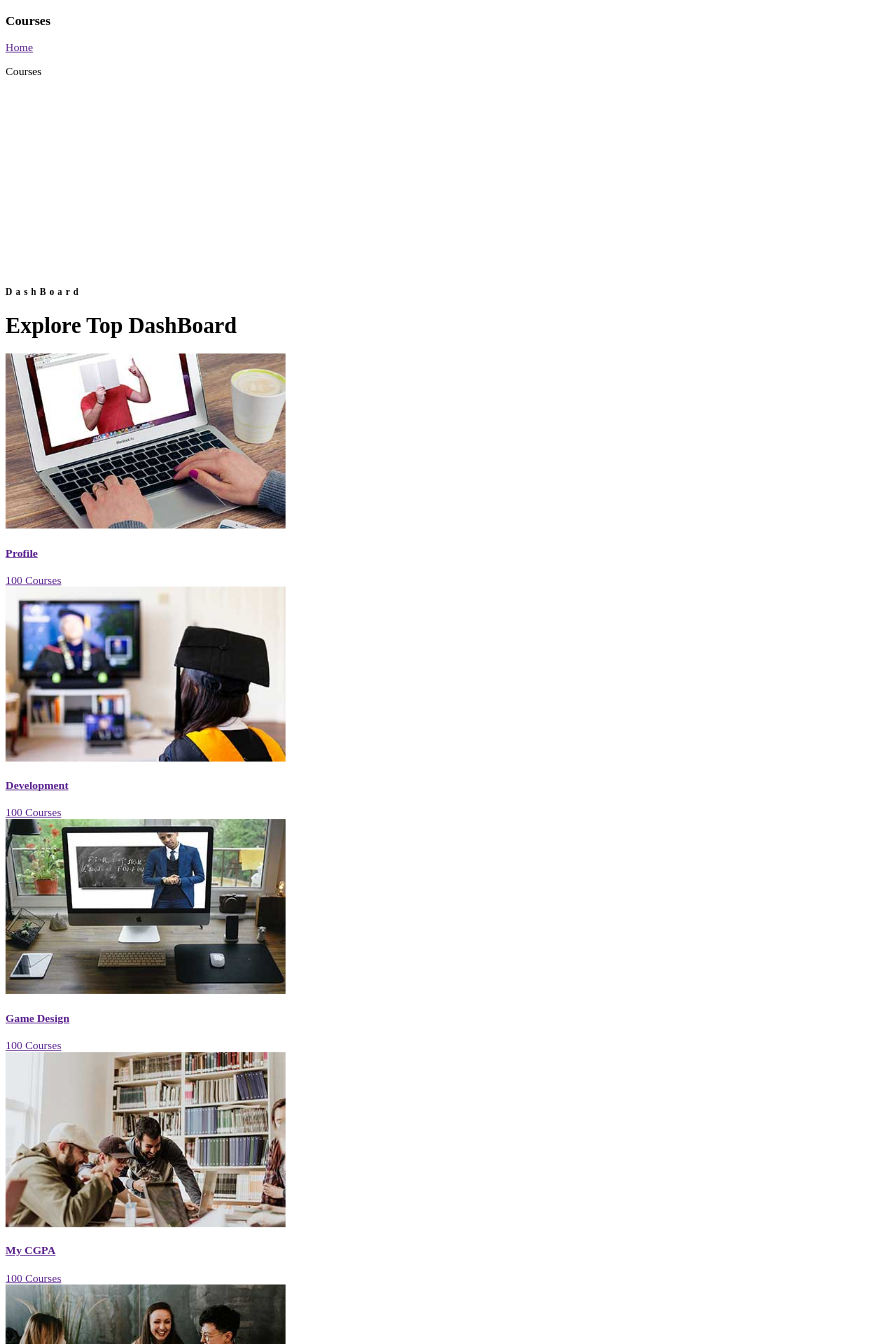
Repository: AlthafBasha-syed/JFSD-PROJECT
Page: http://localhost/GradeBook/studentfiles/course.jsp
These files come from the project's save history. The page is drawn as it stood at one moment and after the next save; the edit follows.
The browser window is 1280 px wide. The pictures show the part of the page from y = 0 to 1920 px (the page is 7049 px tall before and 7365 px after), at 70% of full size.
The page is served by Tomcat 10. Other server files are loaded and not shown.

Above is the page before, as saved 2023-10-11 16:42:31.

### PROJECTWORKSPACE/GradeBook/src/main/webapp/studentfiles/course.jsp
<%@ page language="java" contentType="text/html; charset=UTF-8"
    pageEncoding="UTF-8"%>
<!DOCTYPE html>
<html>
<head>
<meta charset="UTF-8">
<title>Insert title here</title>
</head>
<body>



<!-- Header Start -->
    <div class="container-fluid page-header" style="margin-bottom: 90px;">
        <div class="container">
            <div class="d-flex flex-column justify-content-center" style="min-height: 300px">
                <h3 class="display-4 text-white text-uppercase">Courses</h3>
                <div class="d-inline-flex text-white">
                    <p class="m-0 text-uppercase"><a class="text-white" href="">Home</a></p>
                    <i class="fa fa-angle-double-right pt-1 px-3"></i>
                    <p class="m-0 text-uppercase">Courses</p>
                </div>
            </div>
        </div>
    </div>
    <!-- Header End -->


    <!-- Category Start -->
    <div class="container-fluid py-5">
        <div class="container pt-5 pb-3">
            <div class="text-center mb-5">
                <h5 class="text-primary text-uppercase mb-3" style="letter-spacing: 5px;">DashBoard</h5>
                <h1>Explore Top DashBoard</h1>
            </div>
            <div class="row">
                <div class="col-lg-3 col-md-6 mb-4">
                    <div class="cat-item position-relative overflow-hidden rounded mb-2">
                        <img class="img-fluid" src="img/cat-1.jpg" alt="">
                        <a class="cat-overlay text-white text-decoration-none" href="">
                            <h4 class="text-white font-weight-medium">Profile</h4>
                            <span>100 Courses</span>
                        </a>
                    </div>
                </div>
                <div class="col-lg-3 col-md-6 mb-4">
                    <div class="cat-item position-relative overflow-hidden rounded mb-2">
                        <img class="img-fluid" src="img/cat-2.jpg" alt="">
                        <a class="cat-overlay text-white text-decoration-none" href="">
                            <h4 class="text-white font-weight-medium">Development</h4>
                            <span>100 Courses</span>
                        </a>
                    </div>
                </div>
                <div class="col-lg-3 col-md-6 mb-4">
                    <div class="cat-item position-relative overflow-hidden rounded mb-2">
                        <img class="img-fluid" src="img/cat-3.jpg" alt="">
                        <a class="cat-overlay text-white text-decoration-none" href="">
                            <h4 class="text-white font-weight-medium">Game Design</h4>
                            <span>100 Courses</span>
                        </a>
                    </div>
                </div>
                <div class="col-lg-3 col-md-6 mb-4">
                    <div class="cat-item position-relative overflow-hidden rounded mb-2">
                        <img class="img-fluid" src="img/cat-4.jpg" alt="">
                        <a class="cat-overlay text-white text-decoration-none" href="">
                            <h4 class="text-white font-weight-medium">My CGPA</h4>
                            <span>100 Courses</span>
                        </a>
                    </div>
                </div>
                <div class="col-lg-3 col-md-6 mb-4">
                    <div class="cat-item position-relative overflow-hidden rounded mb-2">
                        <img class="img-fluid" src="img/cat-5.jpg" alt="">
                        <a class="cat-overlay text-white text-decoration-none" href="">
                            <h4 class="text-white font-weight-medium">Marketing</h4>
                            <span>100 Courses</span>
                        </a>
                    </div>
                </div>
                <div class="col-lg-3 col-md-6 mb-4">
                    <div class="cat-item position-relative overflow-hidden rounded mb-2">
                        <img class="img-fluid" src="img/cat-6.jpg" alt="">
                        <a class="cat-overlay text-white text-decoration-none" href="">
                            <h4 class="text-white font-weight-medium">Research</h4>
                            <span>100 Courses</span>
                        </a>
                    </div>
                </div>
                <div class="col-lg-3 col-md-6 mb-4">
                    <div class="cat-item position-relative overflow-hidden rounded mb-2">
                        <img class="img-fluid" src="img/cat-7.jpg" alt="">
                        <a class="cat-overlay text-white text-decoration-none" href="">
                            <h4 class="text-white font-weight-medium">Content Writing</h4>
                            <span>100 Courses</span>
                        </a>
                    </div>
                </div>
                <div class="col-lg-3 col-md-6 mb-4">
                    <div class="cat-item position-relative overflow-hidden rounded mb-2">
                        <img class="img-fluid" src="img/cat-8.jpg" alt="">
                        <a class="cat-overlay text-white text-decoration-none" href="">
                            <h4 class="text-white font-weight-medium">Settings</h4>
                            <span>100 Courses</span>
                        </a>
                    </div>
                </div>
            </div>
        </div>
    </div>
    <!-- Category Start -->


    <!-- Courses Start -->
    <div class="container-fluid py-5">
        <div class="container py-5">
            <div class="text-center mb-5">
                <h5 class="text-primary text-uppercase mb-3" style="letter-spacing: 5px;">Courses</h5>
                <h1>Our Popular Courses</h1>
            </div>
            <div class="row">
                <div class="col-lg-4 col-md-6 mb-4">
                    <div class="rounded overflow-hidden mb-2">
                        <img class="img-fluid" src="img/course-1.jpg" alt="">
                        <div class="bg-secondary p-4">
                            <div class="d-flex justify-content-between mb-3">
                                <small class="m-0"><i class="fa fa-users text-primary mr-2"></i>25 Students</small>
                                <small class="m-0"><i class="far fa-clock text-primary mr-2"></i>01h 30m</small>
                            </div>
                            <a class="h5" href="">C and Data Structures</a>
                            <div class="border-top mt-4 pt-4">
                                <div class="d-flex justify-content-between">
                                <!-- <h6 class="m-0"><i class="fa fa-star text-primary mr-2"></i><small></small></h6> -->
                                    <!-- <h5 class="m-0"></h5> -->
                                </div>
                            </div>
                        </div>
                    </div>
                </div>
                <div class="col-lg-4 col-md-6 mb-4">
                    <div class="rounded overflow-hidden mb-2" >
                        <img class="img-fluid" style="justify-content: center;" src="img/course-2.jpg" alt="">
                        <div class="bg-secondary p-4">
                            <div class="d-flex justify-content-between mb-3">
                                <small class="m-0"><i class="fa fa-users text-primary mr-2"></i>25 Students</small>
                                <small class="m-0"><i class="far fa-clock text-primary mr-2"></i>01h 30m</small>
                            </div>
                            <a class="h5" href="">DSA</a>
                            <div class="border-top mt-4 pt-4">
                                <div class="d-flex justify-content-between">
                                    <!-- <h6 class="m-0"><i class="fa fa-star text-primary mr-2"></i>4.5 <small>(250)</small></h6> -->
                                    <!-- <h5 class="m-0">$99</h5> -->
                                </div>
                            </div>
                        </div>
                    </div>
                </div>
                <div class="col-lg-4 col-md-6 mb-4">
                    <div class="rounded overflow-hidden mb-2">
                        <img class="img-fluid" src="img/course-3.jpg" alt="">
                        <div class="bg-secondary p-4">
                            <div class="d-flex justify-content-between mb-3">
                                <small class="m-0"><i class="fa fa-users text-primary mr-2"></i>25 Students</small>
                                <small class="m-0"><i class="far fa-clock text-primary mr-2"></i>01h 30m</small>
                            </div>
                            <a class="h5" href="">DBMS</a>
                            <div class="border-top mt-4 pt-4">
                                <div class="d-flex justify-content-between">
                                    <!-- <h6 class="m-0"><i class="fa fa-star text-primary mr-2"></i>4.5 <small>(250)</small></h6> -->
                                    <!-- <h5 class="m-0">$99</h5> -->
                                </div>
                            </div>
                        </div>
                    </div>
                </div>
                <div class="col-lg-4 col-md-6 mb-4">
                    <div class="rounded overflow-hidden mb-2">
                        <img class="img-fluid" src="img/course-4.jpg" alt="">
                        <div class="bg-secondary p-4">
                            <div class="d-flex justify-content-between mb-3">
                                <small class="m-0"><i class="fa fa-users text-primary mr-2"></i>25 Students</small>
                                <small class="m-0"><i class="far fa-clock text-primary mr-2"></i>01h 30m</small>
                            </div>
                            <a class="h5" href="">PFSD</a>
                            <div class="border-top mt-4 pt-4">
                                <div class="d-flex justify-content-between">
                                    <!-- <h6 class="m-0"><i class="fa fa-star text-primary mr-2"></i>4.5 <small>(250)</small></h6> -->
                                    <!-- <h5 class="m-0">$99</h5> -->
                                </div>
                            </div>
                        </div>
                    </div>
                </div>
                <div class="col-lg-4 col-md-6 mb-4">
                    <div class="rounded overflow-hidden mb-2">
                        <img class="img-fluid" src="img/course-5.jpg" alt="">
                        <div class="bg-secondary p-4">
                            <div class="d-flex justify-content-between mb-3">
                                <small class="m-0"><i class="fa fa-users text-primary mr-2"></i>25 Students</small>
                                <small class="m-0"><i class="far fa-clock text-primary mr-2"></i>01h 30m</small>
                            </div>
                            <a class="h5" href="">Enterprise Programming</a>
                            <div class="border-top mt-4 pt-4">
                                <div class="d-flex justify-content-between">
                                    <!-- <h6 class="m-0"><i class="fa fa-star text-primary mr-2"></i>4.5 <small>(250)</small></h6> -->
                                    <!-- <h5 class="m-0">$99</h5> -->
                                </div>
                            </div>
                        </div>
                    </div>
                </div>
                <div class="col-lg-4 col-md-6 mb-4">
                    <div class="rounded overflow-hidden mb-2">
                        <img class="img-fluid" src="img/course-6.jpg" alt="">
                        <div class="bg-secondary p-4">
                            <div class="d-flex justify-content-between mb-3">
                                <small class="m-0"><i class="fa fa-users text-primary mr-2"></i>25 Students</small>
                                <small class="m-0"><i class="far fa-clock text-primary mr-2"></i>01h 30m</small>
                            </div>
                            <a class="h5" href="">Java Full Stack Development</a>
                            <div class="border-top mt-4 pt-4">
                                <div class="d-flex justify-content-between">
                                    <!-- <h6 class="m-0"><i class="fa fa-star text-primary mr-2"></i>4.5 <small>(250)</small></h6> -->
                                    <!-- <h5 class="m-0">$99</h5> -->
                                </div>
                            </div>
                        </div>
                    </div>
                </div>
            </div>
        </div>
    </div>
    <!-- Courses End -->

</body>
</html>

### PROJECTWORKSPACE/GradeBook/src/main/webapp/studentfiles/nav.jsp
<%@ page language="java" contentType="text/html; charset=UTF-8"
    pageEncoding="UTF-8"%>
<!DOCTYPE html>
<html>
<head>
<meta charset="UTF-8">
<title>Insert title here</title>
</head>
<body>

<!-- Navbar Start -->
    <div class="container-fluid">
        <div class="row border-top px-xl-5">
            <div class="col-lg-3 d-none d-lg-block">
                <a class="d-flex align-items-center justify-content-between bg-secondary w-100 text-decoration-none" data-toggle="collapse" href="#navbar-vertical" style="height: 67px; padding: 0 30px;">
                    <h5 class="text-primary m-0">DashBoard</h5>
                    <i class="fa fa-angle-down text-primary"></i>
                </a>
                <nav class="collapse position-absolute navbar navbar-vertical navbar-light align-items-start p-0 border border-top-0 border-bottom-0 bg-light" id="navbar-vertical" style="width: calc(100% - 30px); z-index: 9;">
                    <div class="navbar-nav w-100">
                        <div class="nav-item dropdown">
                            <a href="profile.html" class="nav-item nav-link">My Profile</a>

                        </div>
                        <a href="" class="nav-item nav-link">My CGPA</a>
                        <a href="" class="nav-item nav-link">Marketing</a>
                        <a href="" class="nav-item nav-link">Research</a>
                        <a href="changepassword.html" class="nav-item nav-link">Settings</a>
                    </div>
                </nav>
            </div>
            <div class="col-lg-9">
                <nav class="navbar navbar-expand-lg bg-light navbar-light py-3 py-lg-0 px-0">
                    <a href="" class="text-decoration-none d-block d-lg-none">
                        <h1 class="m-0"><span class="text-primary">E</span>COURSES</h1>
                    </a>
                    <button type="button" class="navbar-toggler" data-toggle="collapse" data-target="#navbarCollapse">
                        <span class="navbar-toggler-icon"></span>
                    </button>
                    <div class="collapse navbar-collapse justify-content-between" id="navbarCollapse">
                        <div class="navbar-nav py-0">
                            <a href="index" class="nav-item nav-link active">Home</a>
                            <a href="about" class="nav-item nav-link">About</a>
                            <a href="course" class="nav-item nav-link">Courses</a>
                            <a href="GradeBook" class="nav-item nav-link">Grades</a>
                            <div class="nav-item dropdown">
                                <a href="#" class="nav-link dropdown-toggle" data-toggle="dropdown">Blog</a>
                                <div class="dropdown-menu rounded-0 m-0">
                                    <a href="blog.html" class="dropdown-item">Blog List</a>
                                    <a href="single.html" class="dropdown-item">Blog Detail</a>
                                </div>
                            </div>
                            <a href="contact.html" class="nav-item nav-link">Contact</a>
                        </div>
                        <a class="btn btn-primary py-2 px-4 ml-auto d-none d-lg-block" href="login.html">Log Out</a>
                    </div>
                </nav>
            </div>
        </div>
    </div>
    <!-- Navbar End -->

</body>
</html>

After the next save:
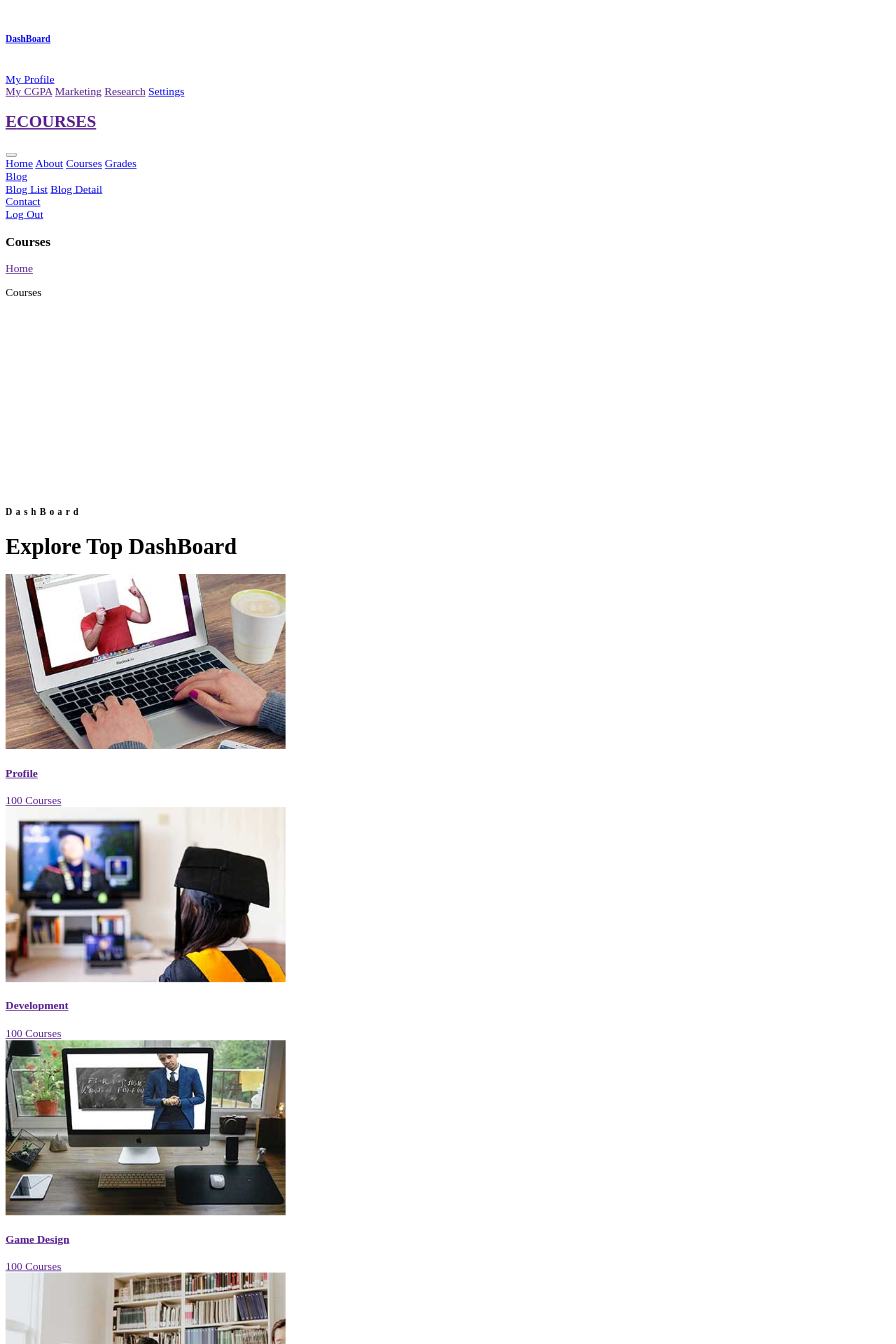
Saved 22 s later.
--- a/PROJECTWORKSPACE/GradeBook/src/main/webapp/studentfiles/course.jsp
+++ b/PROJECTWORKSPACE/GradeBook/src/main/webapp/studentfiles/course.jsp
@@ -8,7 +8,7 @@
 </head>
 <body>
 
-
+<jsp:include page="nav.jsp"></jsp:include>
 
 <!-- Header Start -->
     <div class="container-fluid page-header" style="margin-bottom: 90px;">
